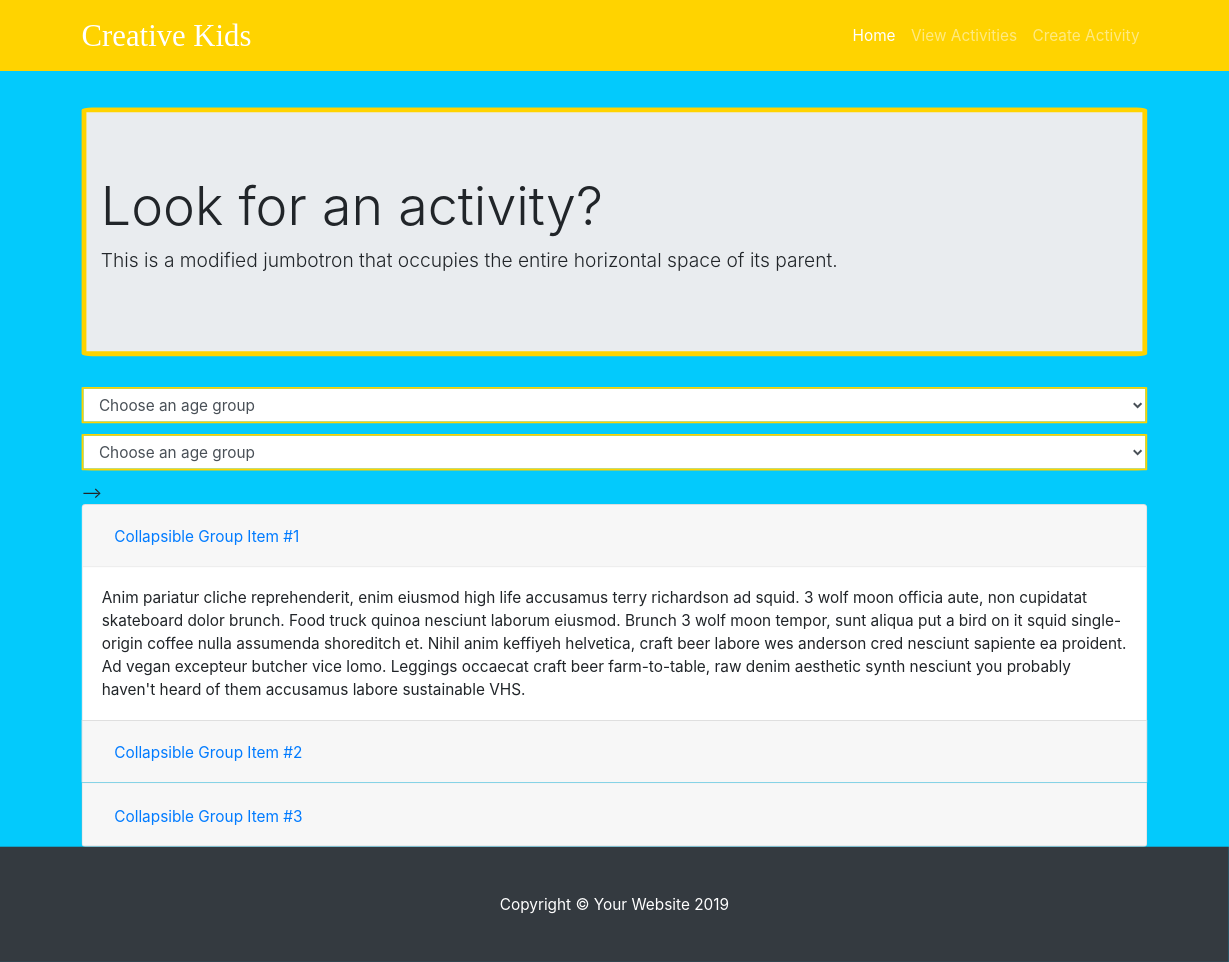
Repository: Neilfoster/milestone_project_3
Page: http://localhost/activity_view
The author's editor kept a record of every edit. The page is drawn from the files as they stood at one moment, then again after the next edit.
The browser window is 1280 px wide. The pictures show the whole page, at 96% of full size.
Some web fonts or font styles are not loaded; a fallback is used. Some web libraries are served in a nearby version. The page is served by the project's application, run on Flask 3 (app.py). Queries for data that is not in the repository find no rows.

Above is the page before.

### templates/activity_view.html
{% extends "base.html" %} {% block content %}
<div class="container">
    <!-- heading -->
    <div class="jumbotron jumbotron-fluid cstm_jumb">
        <div class="container">
            <h1 class="display-4">Look for an activity?</h1>
            <p class="lead">This is a modified jumbotron that occupies the entire horizontal space of its parent.</p>
        </div>
    </div>
    <!-- Select Menus -->
    <select class="form-control cstm_select" id="age_group" name="age_group">
            <option value="" disabled selected>Choose an age group</option>
               {% for age in ages %}
            <option value="{{ages.age_group.capitalize()}}">{{ages.age_group.capitalize()}}</option>
               {% endfor %}
    </select>

    <select class="form-control cstm_select" id="activity_duration" name="activity_duration">
            <option value="" disabled selected>Choose an age group</option>
               {% for duration in durations %}
            <option value="{{durations.activity_duration.capitalize()}}">{{durations.activity_duration.capitalize()}}</option>
               {% endfor %}
    </select> -->



    <!-- Cards -->
    <div class="row">
        {%for activity in activities %}


        <div class="col-lg-4 col-md-6 col-sm col-xs-12">
            <div class="card cstm_card accordion" style="width: 18rem;">
                <img src="https://images-na.ssl-images-amazon.com/images/I/91TPy6s2TzL._SX425_.jpg" class="card-img-top" alt="...">
                <div class="card-body">
                    <h5 class="card-title"> {{activity.activity_name}} </h5>
                </div>
                <ul class="list-group list-group-flush">
                    <li class="list-group-item"><strong>Age:</strong> {{activity.age_group}}</li>
                    <li class="list-group-item"><strong>Duration:</strong> {{activity.activity_duration}}</li>
                    <li class="list-group-item"><strong>Equipment:</strong> {{activity.equipment}}</li>
                </ul>
                <div class="card-body">
                    <div class="card">
                        <div class="card-header" id="headingOne">
                            <h2 class="mb-0">
                                <button class="btn btn-link" type="button" data-toggle="collapse" data-target="#collapseOne" aria-expanded="true" aria-controls="collapseOne">
                                          View Details
                                </button>
                            </h2>
                        </div>
                        <div id="collapseOne" class="collapse show" aria-labelledby="headingOne" data-parent="#accordionExample">
                            <div class="card-body">
                               {{activity.details}}
                            </div>
                        </div>
                    </div>
                </div>
            </div>
        </div>

        {% endfor %}
    </div>


    <div class="accordion" id="accordionExample">
        <div class="card">
            <div class="card-header" id="headingOne">
                <h2 class="mb-0">
                    <button class="btn btn-link" type="button" data-toggle="collapse" data-target="#collapseOne" aria-expanded="true" aria-controls="collapseOne">
          Collapsible Group Item #1
        </button>
                </h2>
            </div>

            <div id="collapseOne" class="collapse show" aria-labelledby="headingOne" data-parent="#accordionExample">
                <div class="card-body">
                    Anim pariatur cliche reprehenderit, enim eiusmod high life accusamus terry richardson ad squid. 3 wolf moon officia aute, non cupidatat skateboard dolor brunch. Food truck quinoa nesciunt laborum eiusmod. Brunch 3 wolf moon tempor, sunt aliqua put a bird
                    on it squid single-origin coffee nulla assumenda shoreditch et. Nihil anim keffiyeh helvetica, craft beer labore wes anderson cred nesciunt sapiente ea proident. Ad vegan excepteur butcher vice lomo. Leggings occaecat craft beer farm-to-table,
                    raw denim aesthetic synth nesciunt you probably haven't heard of them accusamus labore sustainable VHS.
                </div>
            </div>
        </div>
        <div class="card">
            <div class="card-header" id="headingTwo">
                <h2 class="mb-0">
                    <button class="btn btn-link collapsed" type="button" data-toggle="collapse" data-target="#collapseTwo" aria-expanded="false" aria-controls="collapseTwo">
          Collapsible Group Item #2
        </button>
                </h2>
            </div>
            <div id="collapseTwo" class="collapse" aria-labelledby="headingTwo" data-parent="#accordionExample">
                <div class="card-body">
                    Anim pariatur cliche reprehenderit, enim eiusmod high life accusamus terry richardson ad squid. 3 wolf moon officia aute, non cupidatat skateboard dolor brunch. Food truck quinoa nesciunt laborum eiusmod. Brunch 3 wolf moon tempor, sunt aliqua put a bird
                    on it squid single-origin coffee nulla assumenda shoreditch et. Nihil anim keffiyeh helvetica, craft beer labore wes anderson cred nesciunt sapiente ea proident. Ad vegan excepteur butcher vice lomo. Leggings occaecat craft beer farm-to-table,
                    raw denim aesthetic synth nesciunt you probably haven't heard of them accusamus labore sustainable VHS.
                </div>
            </div>
        </div>
        <div class="card">
            <div class="card-header" id="headingThree">
                <h2 class="mb-0">
                    <button class="btn btn-link collapsed" type="button" data-toggle="collapse" data-target="#collapseThree" aria-expanded="false" aria-controls="collapseThree">
          Collapsible Group Item #3
        </button>
                </h2>
            </div>
            <div id="collapseThree" class="collapse" aria-labelledby="headingThree" data-parent="#accordionExample">
                <div class="card-body">
                    Anim pariatur cliche reprehenderit, enim eiusmod high life accusamus terry richardson ad squid. 3 wolf moon officia aute, non cupidatat skateboard dolor brunch. Food truck quinoa nesciunt laborum eiusmod. Brunch 3 wolf moon tempor, sunt aliqua put a bird
                    on it squid single-origin coffee nulla assumenda shoreditch et. Nihil anim keffiyeh helvetica, craft beer labore wes anderson cred nesciunt sapiente ea proident. Ad vegan excepteur butcher vice lomo. Leggings occaecat craft beer farm-to-table,
                    raw denim aesthetic synth nesciunt you probably haven't heard of them accusamus labore sustainable VHS.
                </div>
            </div>

        </div>
    </div>

</div>

{% endblock %}

### templates/base.html
<!DOCTYPE html>
<html lang="en">

<head>

  <meta charset="utf-8">
  <meta name="viewport" content="width=device-width, initial-scale=1, shrink-to-fit=no">
  <meta name="description" content="">
  <meta name="author" content="">

  <title>Creative Kids</title>

  <!-- Bootstrap core CSS -->
  <link href="static/css/bootstrap.min.css" rel="stylesheet">

  <!-- CDN for Bootstrap core CSS -->
  <!-- <link rel="stylesheet" href="https://stackpath.bootstrapcdn.com/bootstrap/4.3.1/css/bootstrap.min.css" type="text/css" /> -->

  <!-- Custom styles for this template -->
  <link href="static/css/small-business.css" rel="stylesheet">

  <!-- Custom styles-->
  <link href="static/css/style.css" rel="stylesheet">

  <!-- Google Fonts-->
  <link href="https://fonts.googleapis.com/css?family=Butterfly+Kids&display=swap" rel="stylesheet">

</head>

<body>

  <!-- Navigation -->
  <nav class="navbar navbar-expand-lg navbar-dark fixed-top cstmnav">
    <div class="container">
      <a class="navbar-brand nav_txt" href="{{url_for('activity_view')}}">Creative Kids</a>
      <button class="navbar-toggler" type="button" data-toggle="collapse" data-target="#navbarResponsive" aria-controls="navbarResponsive" aria-expanded="false" aria-label="Toggle navigation">
        <span class="navbar-toggler-icon"></span>
      </button>
      <div class="collapse navbar-collapse" id="navbarResponsive">
        <ul class="navbar-nav ml-auto">
          <li class="nav-item active">
            <a class="nav-link" href="">Home
              <span class="sr-only">(current)</span>
            </a>
          </li>
          <li class="nav-item">
            <a class="nav-link" href="{{url_for('activity_view')}}">View Activities</a>
          </li>
          <li class="nav-item">
            <a class="nav-link" href="{{url_for('add_activity')}}">Create Activity</a>
          </li>

        </ul>
      </div>
    </div>
  </nav>

  {% block content %} {% endblock %}



  <!-- Footer -->
  <footer class="py-5 bg-dark">
    <div class="container">
      <p class="m-0 text-center text-white">Copyright &copy; Your Website 2019</p>
    </div>
    <!-- /.container -->
  </footer>


  <!-- Bootstrap core JavaScript -->
  <script src="static/js/jquery.min.js"></script>
  <script src="static/js/bootstrap.bundle.min.js"></script>

<!-- Font Awesome js-->
  <script src="https://kit.fontawesome.com/8aa891fdce.js" crossorigin="anonymous"></script>
</body>

</html>

### app.py
import os
from flask import Flask, render_template, redirect, request, url_for
from flask_pymongo import PyMongo
from bson.objectid import ObjectId

app = Flask(__name__)

app.config["MONGO_DBNAME"] = 'milestoneproject3me'
app.config["MONGO_URI"] = os.environ.get('mongo_uri')

mongo = PyMongo(app)

@app.route('/')
@app.route('/home')
def get_activities():
    return render_template("home.html",
    activities=mongo.db.Activities.find())

@app.route('/activity_view')
def activity_view():
    return render_template('activity_view.html',
    activities=mongo.db.Activities.find().limit(6),
    ages=mongo.db.ages.find(),
    durations=mongo.db.duration.find())

@app.route('/add_activity', methods=['POST', 'GET'])
def add_activity():
    return render_template('add_activity.html',
    ages=mongo.db.ages.find(),
    durations=mongo.db.duration.find())

@app.route('/insert_activity', methods=['POST'])
def insert_activity():
    activities=mongo.db.Activities
    activities.insert_one(request.form.to_dict())
    return redirect(url_for('activity_view'))


if __name__ == "__main__":
    app.run(host=os.environ.get('IP'),
        port=int(os.environ.get('PORT')),
        debug=True)

### static/css/style.css
body {
    background-color: #03cafc;

}

.forum_text {
    margin-left: 1%;
}

.my_button{
    margin-bottom: 2%;
}

.cstmnav{
    background-color: #ffd300;
}

.cstm_jumb{
    border: 5px solid #ffd300;
    border-radius:1%;
    margin-top: 5%;
}

.cstm_select {
    border: 2px solid #ffd300;
    border-radius:1%;
    margin-top:1%;
    margin-bottom: 1%;
}

.cstm_card {
    border: 2px solid #ffd300;
    border-radius:1%;
    margin:1%;
}

.cstm_jumb_home{
    background-color: #ffd300;
}

.nav_txt {
    font-size:2rem;
    font-family: 'Butterfly Kids', cursive;
}

.home_title {
    font-family: 'Butterfly Kids', cursive;
    font-size:3rem;
}

.add_forum {
     border: 2px solid #ffd300;
    border-radius:1%;
}

.add_title {
    font-family: 'Butterfly Kids', cursive;
    font-size: 4rem;
}

Loaded but not shown: static/css/bootstrap.min.css (library); static/css/small-business.css (common file); static/js/jquery.min.js (library); static/js/bootstrap.bundle.min.js (library)

After the next edit:
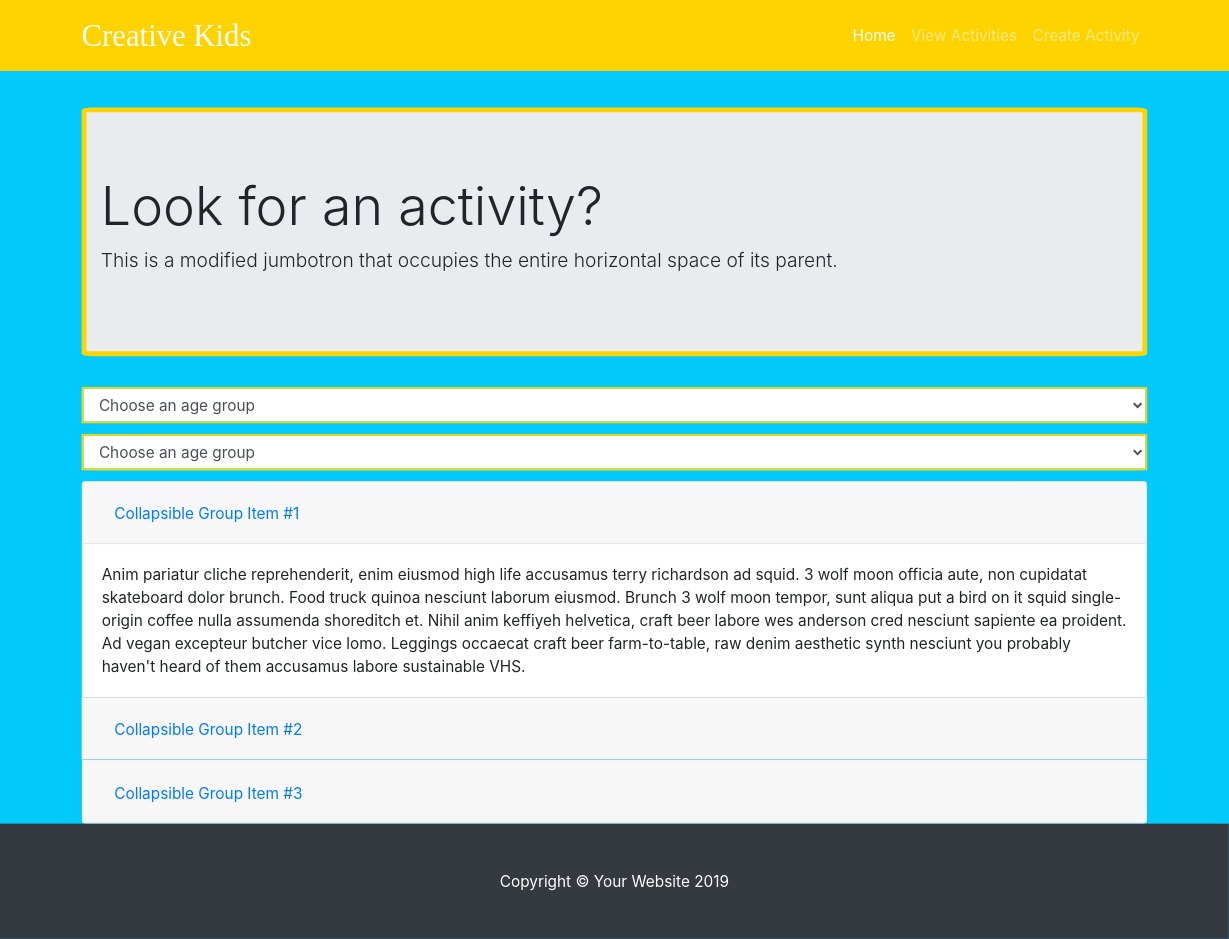
The edit:
--- a/templates/activity_view.html
+++ b/templates/activity_view.html
@@ -20,8 +20,7 @@
                {% for duration in durations %}
             <option value="{{durations.activity_duration.capitalize()}}">{{durations.activity_duration.capitalize()}}</option>
                {% endfor %}
-    </select> -->
-
+    </select>
 
 
     <!-- Cards -->
@@ -51,7 +50,7 @@
                         </div>
                         <div id="collapseOne" class="collapse show" aria-labelledby="headingOne" data-parent="#accordionExample">
                             <div class="card-body">
-                               {{activity.details}}
+                                {{activity.details}}
                             </div>
                         </div>
                     </div>
